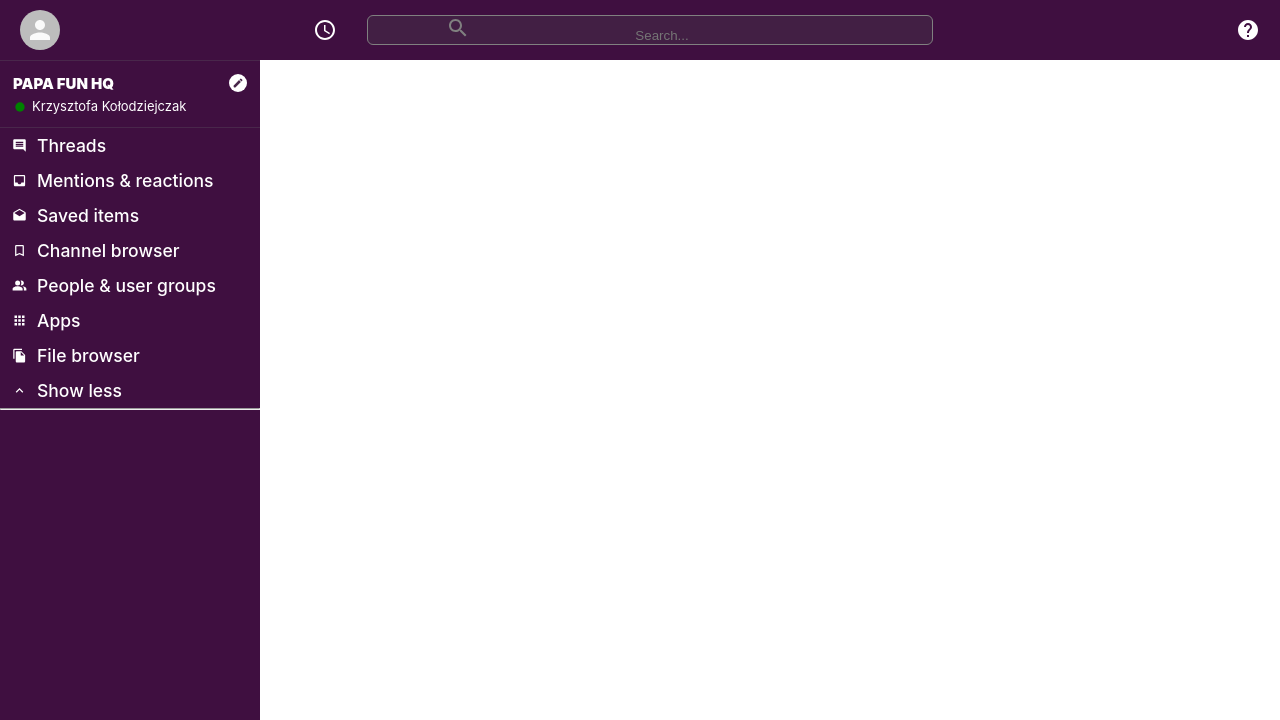
Repository: KrzysKolo/slackClone
Page: /
These files come from the project's save history. The page is drawn as it stood at one moment and after the next save; the edit follows.
The browser window is 1280 px wide. The pictures show the whole page.
The project was rebuilt for these pictures with package versions that can differ from the ones it lists, and the page was loaded fresh each time. Also part of the build but not shown: src/App.css, src/pages/About/About.js.

Above is the page before, as saved 2021-12-27 16:19:21.

After the next save:
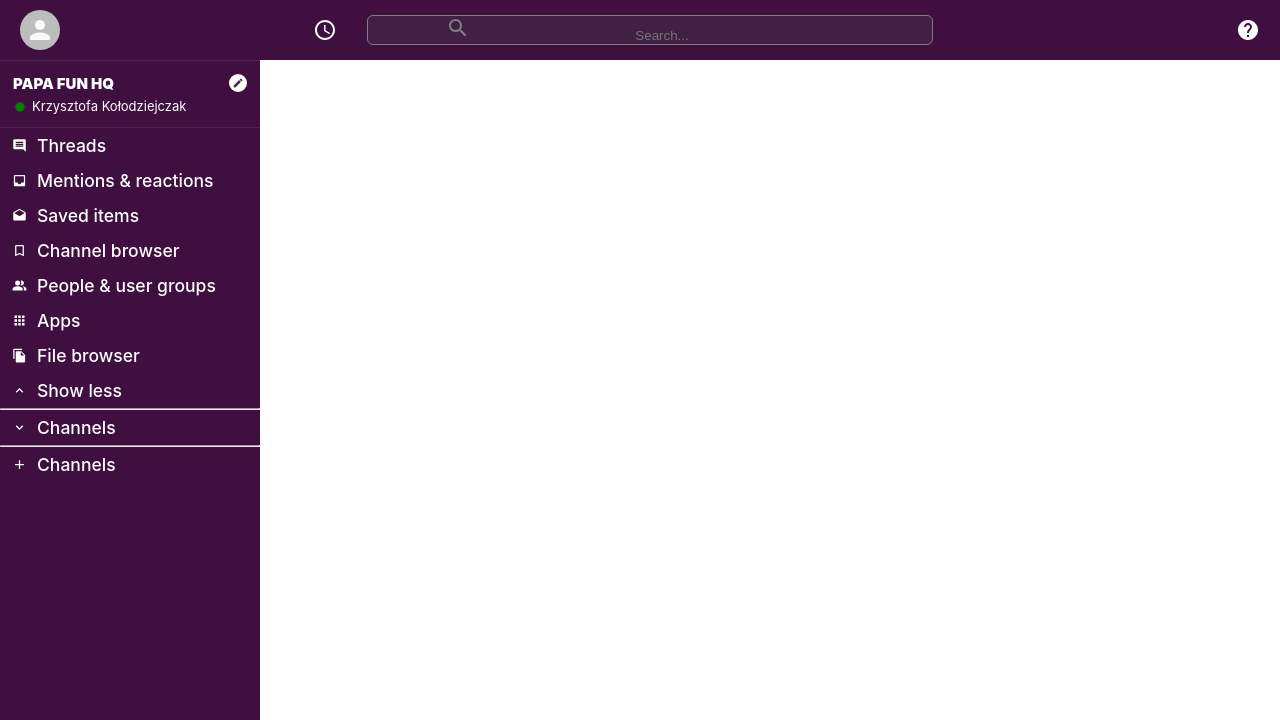
Saved 3 min 14 s later.
--- a/src/components/Sidebar/Sidebar.js
+++ b/src/components/Sidebar/Sidebar.js
@@ -11,6 +11,8 @@ import PeopleAltIcon from '@material-ui/icons/PeopleAlt';
 import AppsIcon from '@material-ui/icons/Apps';
 import FileCopyIcon from '@material-ui/icons/FileCopy';
 import ExpandLessIcon from '@material-ui/icons/ExpandLess';
+import ExpandMoreIcon from '@material-ui/icons/ExpandMore';
+import AddIcon from '@material-ui/icons/Add';
 
 
 
@@ -37,6 +39,10 @@ const Sidebar = () => {
       <SidebarOption Icon={FileCopyIcon} title="File browser" />
       <SidebarOption Icon={ExpandLessIcon} title="Show less" />
       <hr />
+      <SidebarOption Icon={ExpandMoreIcon} title="Channels" />
+      <hr />
+      <SidebarOption Icon={AddIcon} title="Channels" />
+
     </SidebarContainer>
   )
 }
